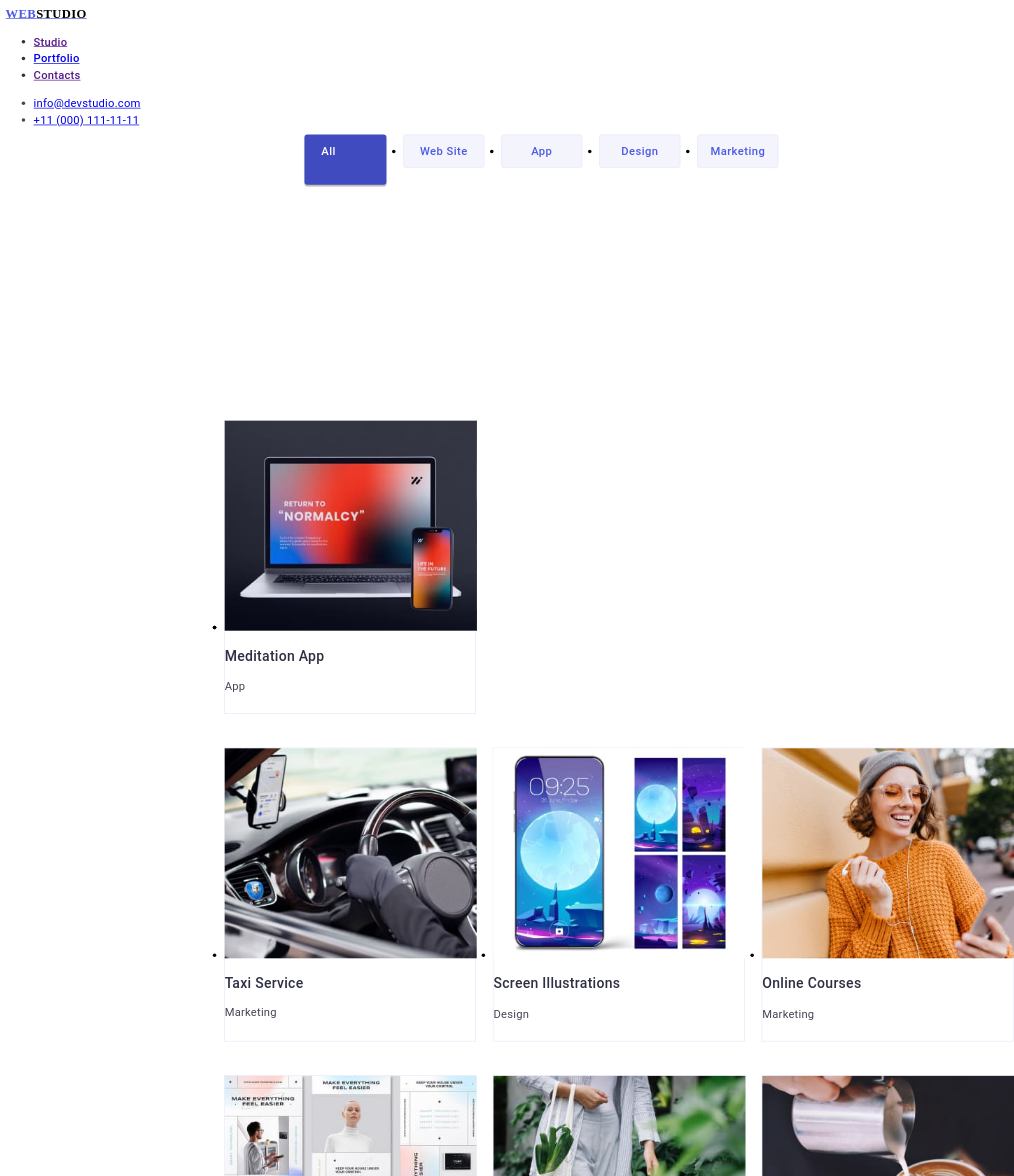
Repository: GrishchenkoNataliya/goit-markup-hw-02
Page: portfolio/portfolio.html
The author's editor kept a copy of each file at every save. The page is drawn from the files as they stood at one save, then again after the next save.
The browser window is 1280 px wide. The page is 1449 px wide, so the pictures cover 1449 px, including what lies to the right of the window. The pictures show the part of the page from y = 0 to 1680 px (the page is 4796 px tall), at 70% of full size.

Above is the page before, as saved 2023-03-07 17:23:48.

### portfolio/portfolio.html
<!DOCTYPE html>
<html lang="en">
  <head>
    <meta charset="UTF-8" />
    <meta http-equiv="X-UA-Compatible" content="IE=edge" />
    <meta name="viewport" content="width=device-width, initial-scale=1.0" />
    <link rel="stylesheet" href="../css/styles.css">
    <title>homework_2</title>
  </head>
  <body>
    <header class="header">
      <a class="header-logo" href="./index.html">Web<span class="studio">Studio
      </span></a>
      <nav class="header-nav">
        <ul class="header-list">
          <li class="header-item">
            <a
              class="header-link"
              href=""
              target="_blank"
              rel="noopener noreferrer nofollow"
              >Studio</a
            >
          </li>
          <li class="header-item-portfolio">
            <a
              class="header-link"
              href="./portfolio/portfolio.html"
              target="_blank"
              rel="noopener noreferrer nofollow"
              >Portfolio</a
            >
          </li>
          <li class="header-item">
            <a
              class="header-link"
              href=""
              target="_blank"
              rel="noopener noreferrer nofollow"
              >Contacts</a
            >
          </li>
        </ul>
      </nav>
      <address class="address">
        <ul class="address-list">
          <li class="address-mail">
            <a href="mailto:info@devstudio.com">info@devstudio.com</a>
          </li>
          <li class="address-tel">
            <a href="tel:+110001111111">+11 (000) 111-11-11</a>
          </li>
        </ul>
      </address>
    </header>
    <main class="main-portfolio">
      <section class="portfolio-section">
        <h2 hidden>Большой заголовок</h2>
        <ul class="portfolio-list">

          <li class="portfolio-item-all">
            <label class="portfolio-label-all">All</label>
            </li>

          <li class="portfolio-item">
            <button class="portfolio-btn"><label class="portfolio-label">Web Site</label></button>
          </li>

          <li class="portfolio-item">
           <button class="portfolio-btn"><label class="portfolio-label">App</label></button>
          </li>

          <li class="portfolio-item">
           <button class="portfolio-btn"><label class="portfolio-label">Design</label></button>
          </li>

          <li class="portfolio-item">
           <button class="portfolio-btn"> <label class="portfolio-label">Marketing</label></button>
          </li>

        </ul>

      </section>


      <section class="portfolio-section">
        <ul class="portfolio-section-list">
            <li class="project-card">
                <img src="../images/pages2/img1.jpg" alt="Banking App Interface Concept" position="absolute" ;
                width="360px";
                height="300px";
                left="0px";
                top="0px">
                    <h3 class="portfolio-title">Banking App Interface Concept</h3>
                    <p class="portfolio-text">App</p>
                </img>
            </li>
            <li class="project-card">
                <img src="../images/pages2/img2.jpg" alt="Cashless Payment" position="absolute";
                width="360px" ;
                height="300px";
                left="0px";
                top="0px">
                    <h3 class="portfolio-title">Cashless Payment</h3>
                    <p class="portfolio-text">Marketing</p>
                </img>
            </li>
            <li class="project-card">
                <img src="../images/pages2/img3.jpg" alt="Meditation App" position="absolute";
                width="360px" ;
                height="300px";
                left="0px";
                top="0px">
                    <h3 class="portfolio-title">Meditation App</h3>
                    <p class="portfolio-text">App</p>
                </img>
            </li>
            </ul>

            <ul class="portfolio-section-list">
            <li class="project-card-4">
                <img src="../images/pages2/img4.jpg"
                alt="Taxi Service"
                position="absolute";
                height="300px";
                left="0px";
                top="0px">
                    <h3 class="portfolio-title4">Taxi Service</h3>
                    <p class="portfolio-text4">Marketing</p>
                </img>
            </li>

            <li class="project-card-5">
                <img src="../images/pages2/img5.jpg" alt="Screen Illustrations"
                 position="absolute";
                height="300px";
                left="0px";
                top="0px">
                    <h3 class="portfolio-title5">Screen Illustrations</h3>
                    <p class="portfolio-text5">Design</p>
                </img>
            </li>
            <li class="project-card-6">
                <img src="../images/pages2/img6.jpg" alt="Online Courses"  position="absolute";
                height="300px";
                left="0px";
                top="0px">
                    <h3 class="portfolio-title6">Online Courses</h3>
                    <p class="portfolio-text6">Marketing</p>
                </img>
            </li>
            </ul>

            <ul class="portfolio-section-list">
            <li class="project-card-7">
                <img src="../images/pages2/img7.jpg" alt="Instagram Stories Concept"
                 position="absolute";
                height="300px";
                left="0px";
                top="0px">
                    <h3 class="portfolio-title7">Instagram Stories Concept</h3>
                    <p class="portfolio-text7">Design</p>
                </img>
            </li>
            <li class="project-card-8">
                <img src="../images/pages2/img8.jpg" alt="Organic Food"
                position="absolute";
                height="300px";
                left="0px";
                top="0px">
                    <h3 class="portfolio-title8">Organic Food</h3>
                    <p class="portfolio-text8">Web Site</p>
                </img>
            </li>
            <li class="project-card-9">
                <img src="../images/pages2/img9.jpg" alt="Fresh Coffee"
                position="absolute";
                height="300px";
                left="0px";
                top="0px">
                    <h3 class="portfolio-title9">Fresh Coffee</h3>
                    <p class="portfolio-text9">Web Site</p>
                </img>
            </li>
        </ul>

      </section>
    </main>
    <footer class="footer">
      <a class="header-logo" href="./index.html">Web<span class="studio">Studio
</span></a>

      <p class="footer-text">
        Increase the flow of customers and sales for your business with digital
        marketing & growth solutions.
      </p>
      <!-- Dark-bg -->
    </footer>
  </body>
</html>

### css/styles.css
body {
  font-family: "Roboto Regular", sans-serif;
  font-family: open-;
  position: relative;
  width: 1440px;
  height: 2592px;

  background: #ffffff;
}
/* @font-face {
  font-family: Roboto-500;
  src: url(../fonts/);
}
Підключення шрифта з папки fonts */

.header {
  position: absolute;
  width: 1440px;
  height: 72px;
  left: 0px;
  top: 0px;
}

.header-logo {
  font-family: "Raleway";
  font-style: normal;
  font-weight: 800;
  font-size: 18px;
  line-height: 1.33;

  display: flex;
  align-items: center;
  letter-spacing: 0.03em;
  text-transform: uppercase;

  color: #4d5ae5;
}
.header-nav {
}

.studio {
  color: black;
}
.header-list {
  font-family: "Roboto";
  font-style: normal;
  font-weight: 500;
  font-size: 16px;
  line-height: 1.5;
  letter-spacing: 0.02em;
  color: #2e2f42;
}

.address {
}
.address-list {
  font-family: "Roboto";
  font-style: normal;
  font-weight: 400;
  font-size: 16px;
  line-height: 1.5;
  letter-spacing: 0.02em;
  color: #434455;
}
.address-mail {
}
.address-tel {
}
.main {
}
/* section hero */
.hero {
  position: absolute;
  width: 1440px;
  height: 600px;
  left: 0px;
  top: 72px;
  background: #2e2f42;
}
.hero-title {
  font-family: "Roboto";
  font-style: normal;
  font-weight: 700;
  font-size: 56px;
  line-height: 1.07;
  text-align: center;
  letter-spacing: 0.02em;
  color: #ffffff;
}
.hero-btn {
  position: absolute;
  width: 169px;
  height: 56px;
  left: 636px;
  top: 428px;
  background: #4d5ae5;
  box-shadow: 0px 4px 4px rgba(0, 0, 0, 0.15);
  border-radius: 4px;
}
/* section 1 */
.feature1 {
}
.feature1-list {
  position: absolute;
  width: 1128px;
  height: 104px;
  left: 156px;
  top: 792px;
}
.feature1-item1 {
  display: flex;
  flex-direction: column;
  align-items: flex-start;
  padding: 0px;
  gap: 8px;

  position: absolute;
  width: 264px;
  height: 104px;
  left: 156px;
  top: 792px;
}
.feature1-item2 {
  display: flex;
  flex-direction: column;
  align-items: flex-start;
  padding: 0px;
  gap: 8px;

  position: absolute;
  width: 264px;
  height: 104px;
  left: 444px;
  top: 792px;
}
.feature1-item3 {
  display: flex;
  flex-direction: column;
  align-items: flex-start;
  padding: 0px;
  gap: 8px;

  position: absolute;
  width: 264px;
  height: 104px;
  left: 732px;
  top: 792px;
}
.feature1-item4 {
  display: flex;
  flex-direction: column;
  align-items: flex-start;
  padding: 0px;
  gap: 8px;

  position: absolute;
  width: 264px;
  height: 104px;
  left: 1020px;
  top: 792px;
}
.feature1-title {
  font-family: "Roboto";
  font-style: normal;
  font-weight: 500;
  font-size: 20px;
  line-height: 1.2;
  letter-spacing: 0.02em;
  color: #2e2f42;
}
.feature1-text {
  font-family: "Roboto";
  font-style: normal;
  font-weight: 400;
  font-size: 16px;
  line-height: 1.5;
  letter-spacing: 0.02em;
  color: #434455;
}
/* section 2 */
.feature2 {
  position: absolute;
  width: 1128px;
  height: 412px;
  left: 156px;
  top: 1016px;
}
.feature2-title {
  font-family: "Roboto";
  font-style: normal;
  font-weight: 700;
  font-size: 36px;
  line-height: 1.1;
  text-align: center;
  letter-spacing: 0.02em;
  text-transform: capitalize;
  color: #2e2f42;
}
.feature2-list {
}
.feature2-item-1 {
  display: flex;
  flex-direction: column;
  align-items: flex-start;
  padding: 0px;

  position: absolute;
  width: 360px;
  height: 300px;
  left: 156px;
  top: 1128px;
}
.feature2-item-2 {
  display: flex;
  flex-direction: column;
  align-items: flex-start;
  padding: 0px;

  position: absolute;
  width: 360px;
  height: 300px;
  left: 540px;
  top: 1128px;
}
.feature2-item-3 {
  display: flex;
  flex-direction: column;
  align-items: flex-start;
  padding: 0px;

  position: absolute;
  width: 360px;
  height: 300px;
  left: 924px;
  top: 1128px;
}
/* section 3 */
.feature3 {
  position: absolute;
  width: 1440px;
  height: 732px;
  left: 0px;
  top: 1548px;
}
.feature3-title-h2 {
  font-family: "Roboto";
  font-style: normal;
  font-weight: 700;
  font-size: 36px;
  line-height: 1.1;
  text-align: center;
  letter-spacing: 0.02em;
  text-transform: capitalize;
  color: #2e2f42;
}
.feature3-list {
}
.feature3-item1 {
  display: flex;
  flex-direction: column;
  justify-content: center;
  align-items: center;
  padding: 0px 0px 32px;
  gap: 32px;

  position: absolute;
  width: 264px;
  height: 380px;
  left: 156px;
  top: 1780px;
}
.feature3-item2 {
  display: flex;
  flex-direction: column;
  justify-content: center;
  align-items: center;
  padding: 0px 0px 32px;
  gap: 32px;

  position: absolute;
  width: 264px;
  height: 380px;
  left: 444px;
  top: 1780px;
}
.feature3-item3 {
  display: flex;
  flex-direction: column;
  justify-content: center;
  align-items: center;
  padding: 0px 0px 32px;
  gap: 32px;

  position: absolute;
  width: 264px;
  height: 380px;
  left: 732px;
  top: 1780px;
}
.feature3-item4 {
  display: flex;
  flex-direction: column;
  justify-content: center;
  align-items: center;
  padding: 0px 0px 32px;
  gap: 32px;

  position: absolute;
  width: 264px;
  height: 380px;
  left: 1020px;
  top: 1780px;
}
.feature3-title {
  font-family: "Roboto";
  font-style: normal;
  font-weight: 500;
  font-size: 20px;
  line-height: 1.2;
  text-align: center;
  letter-spacing: 0.02em;
  color: #2e2f42;
}
.feature3-subtitle {
  font-family: "Roboto";
  font-style: normal;
  font-weight: 400;
  font-size: 16px;
  line-height: 1.2;
  text-align: center;
  letter-spacing: 0.02em;
  color: #434455;
}
.footer {
  /* position: absolute;
  width: 1440px;
  height: 312px;
  left: 0px;
  top: 2280px; */

  /* display: flex;
flex-direction: row;
align-items: center;
padding: 0px;

position: absolute;
width: 115px;
height: 24px;
left: 156px;
top: 2380px; */

  position: absolute;
  width: 1440px;
  height: 312px;
  left: 0px;
  top: 2280px;
  background: #2e2f42;
}
.footer-text {
  position: absolute;
  width: 264px;
  height: 72px;
  left: 156px;
  top: 2420px;
  font-family: "Roboto";
  font-style: normal;
  font-weight: 400;
  font-size: 16px;
  line-height: 1.2;
  letter-spacing: 0.02em;
  color: #f4f4fd;
}
.main-portfolio {
}
/* -------------portfolio-section---------- */
.portfolio-section {
}
.portfolio-list {
  display: flex;
  flex-direction: row;
  align-items: flex-start;
  padding: 0px;
  gap: 24px;

  position: absolute;
  width: 586px;
  height: 48px;
  left: 427px;
  top: 168px;
}
.portfolio-item-all {
  display: flex;
  flex-direction: row;
  align-items: flex-start;
  padding: 12px 24px;

  width: 69px;
  height: 48px;
  background: #404bbf;
  box-shadow: 0px 3px 1px rgba(0, 0, 0, 0.1), 0px 2px 1px rgba(0, 0, 0, 0.08),
    0px 2px 2px rgba(0, 0, 0, 0.12);
  border-radius: 4px;
  flex: none;
  order: 0;
  flex-grow: 0;
}
.portfolio-btn {
}
.portfolio-label-all {
  font-family: "Roboto";
  font-style: normal;
  font-weight: 500;
  font-size: 16px;
  line-height: 24px;
  display: flex;
  align-items: center;
  text-align: center;
  letter-spacing: 0.04em;
  color: #ffffff;
}
.portfolio-item {
}
.portfolio-btn {
  display: flex;
  flex-direction: row;
  justify-content: center;
  align-items: center;
  padding: 12px 24px;
  width: 116px;
  height: 48px;
  background: #f4f4fd;
  border: 1px solid #e7e9fc;
  border-radius: 4px;
}
.portfolio-label {
  font-family: "Roboto";
  font-style: normal;
  font-weight: 500;
  font-size: 16px;
  line-height: 1.2;
  display: flex;
  align-items: center;
  text-align: center;
  letter-spacing: 0.04em;
  color: #4d5ae5;
  flex: none;
  order: 0;
  flex-grow: 0;
}

/* .portfolio-btn3 {
  width: 78px;
} */

/* .portfolio-btn4 {
  width: 101px;
} */

/* .portfolio-btn5 {
  width: 126px;
} */

/* -------portfolio-section2---- */
/* .portfolio-section {
  position: absolute;
  left: 8.33%;
  right: 8.33%;
  top: 0%;
  bottom: 0%;
} */
.portfolio-section-list {
  position: absolute;
  width: 1128px;
  height: 420px;
  left: 156px;
  top: 288px;
}

.project-card {
  box-sizing: border-box;
  position: absolute;
  width: 360px;
  height: 420px;
  left: 156px;
  top: 288px;
  background: #ffffff;
  border: 1px solid #e7e9fc;
}

.portfolio-title {
  font-family: "Roboto";
  font-style: normal;
  font-weight: 500;
  font-size: 20px;
  line-height: 1.2;
  letter-spacing: 0.02em;
  color: #2e2f42;
}
.portfolio-text {
  font-family: "Roboto";
  font-style: normal;
  font-weight: 400;
  font-size: 16px;
  line-height: 1.5;
  letter-spacing: 0.02em;
  color: #434455;
}
/* .project-card-2 {
  left: 540px;
}

.project-card-3 {
  left: 924px;
} */

/* .portfolio-section2-list2 {
 top: 756px;
} */
.project-card-4 {
  box-sizing: border-box;
  position: absolute;
  width: 360px;
  height: 420px;
  left: 156px;
  top: 756px;
  background: #ffffff;
  border: 1px solid #e7e9fc;
}
.portfolio-title4 {
  font-family: "Roboto";
  font-style: normal;
  font-weight: 500;
  font-size: 20px;
  line-height: 1.2;
  letter-spacing: 0.02em;
  color: #2e2f42;
}
.portfolio-text4 {
  font-family: "Roboto";
  font-style: normal;
  font-weight: 400;
  font-size: 16px;
  line-height: 1.2;
  letter-spacing: 0.02em;
  color: #434455;
  flex: none;
  order: 1;
  flex-grow: 0;
}
.project-card-5 {
  box-sizing: border-box;
  position: absolute;
  width: 360px;
  height: 420px;
  left: 540px;
  top: 756px;
  background: #ffffff;
  border: 1px solid #e7e9fc;
}
.portfolio-title5 {
  font-family: "Roboto";
  font-style: normal;
  font-weight: 500;
  font-size: 20px;
  line-height: 1.2;
  letter-spacing: 0.02em;
  color: #2e2f42;
  flex: none;
  order: 0;
  flex-grow: 0;
}
.portfolio-text5 {
  font-family: "Roboto";
  font-style: normal;
  font-weight: 400;
  font-size: 16px;
  line-height: 1.5;
  letter-spacing: 0.02em;
  color: #434455;
  flex: none;
  order: 1;
  flex-grow: 0;
}
.project-card-6 {
  box-sizing: border-box;
  position: absolute;
  width: 360px;
  height: 420px;
  left: 924px;
  top: 756px;
  background: #ffffff;
  border: 1px solid #e7e9fc;
}
.portfolio-title6 {
  width: 142px;
  height: 24px;
  font-family: "Roboto";
  font-style: normal;
  font-weight: 500;
  font-size: 20px;
  line-height: 24px;
  letter-spacing: 0.02em;
  color: #2e2f42;
  flex: none;
  order: 0;
  flex-grow: 0;
}
.portfolio-text6 {
  width: 75px;
  height: 24px;
  font-family: "Roboto";
  font-style: normal;
  font-weight: 400;
  font-size: 16px;
  line-height: 24px;
  letter-spacing: 0.02em;
  color: #434455;
  flex: none;
  order: 1;
  flex-grow: 0;
}
/* .portfolio-section2-list3 {
  top: 1224px;
} */
.project-card-7 {
  box-sizing: border-box;
  position: absolute;
  width: 360px;
  height: 420px;
  left: 156px;
  top: 1224px;
  background: #ffffff;
  border: 1px solid #e7e9fc;
}
.portfolio-title7 {
  font-family: "Roboto";
  font-style: normal;
  font-weight: 500;
  font-size: 20px;
  line-height: 24px;
  letter-spacing: 0.02em;
  color: #2e2f42;
  flex: none;
  order: 0;
  flex-grow: 0;
}
.portfolio-text7 {
  font-family: "Roboto";
  font-style: normal;
  font-weight: 400;
  font-size: 16px;
  line-height: 24px;
  letter-spacing: 0.02em;
  color: #434455;
  flex: none;
  order: 1;
  flex-grow: 0;
}
.project-card-8 {
  box-sizing: border-box;
  position: absolute;
  width: 360px;
  height: 420px;
  left: 540px;
  top: 1224px;
  background: #ffffff;
  border: 1px solid #e7e9fc;
}
.portfolio-title8 {
  width: 124px;
  height: 24px;
  font-family: "Roboto";
  font-style: normal;
  font-weight: 500;
  font-size: 20px;
  line-height: 24px;
  letter-spacing: 0.02em;
  color: #2e2f42;
  flex: none;
  order: 0;
  flex-grow: 0;
}
.portfolio-text8 {
  width: 65px;
  height: 24px;
  font-family: "Roboto";
  font-style: normal;
  font-weight: 400;
  font-size: 16px;
  line-height: 24px;
  letter-spacing: 0.02em;
  color: #434455;
  flex: none;
  order: 1;
  flex-grow: 0;
}
.project-card-9 {
  box-sizing: border-box;
  position: absolute;
  width: 360px;
  height: 420px;
  left: 924px;
  top: 1224px;
  background: #ffffff;
  border: 1px solid #e7e9fc;
}
.portfolio-title9 {
  width: 119px;
  height: 24px;
  font-family: "Roboto";
  font-style: normal;
  font-weight: 500;
  font-size: 20px;
  line-height: 24px;
  letter-spacing: 0.02em;
  color: #2e2f42;
  flex: none;
  order: 0;
  flex-grow: 0;
}
.portfolio-text9 {
  width: 65px;
  height: 24px;
  font-family: "Roboto";
  font-style: normal;
  font-weight: 400;
  font-size: 16px;
  line-height: 24px;
  letter-spacing: 0.02em;
  color: #434455;
  flex: none;
  order: 1;
  flex-grow: 0;
}

After the next save:
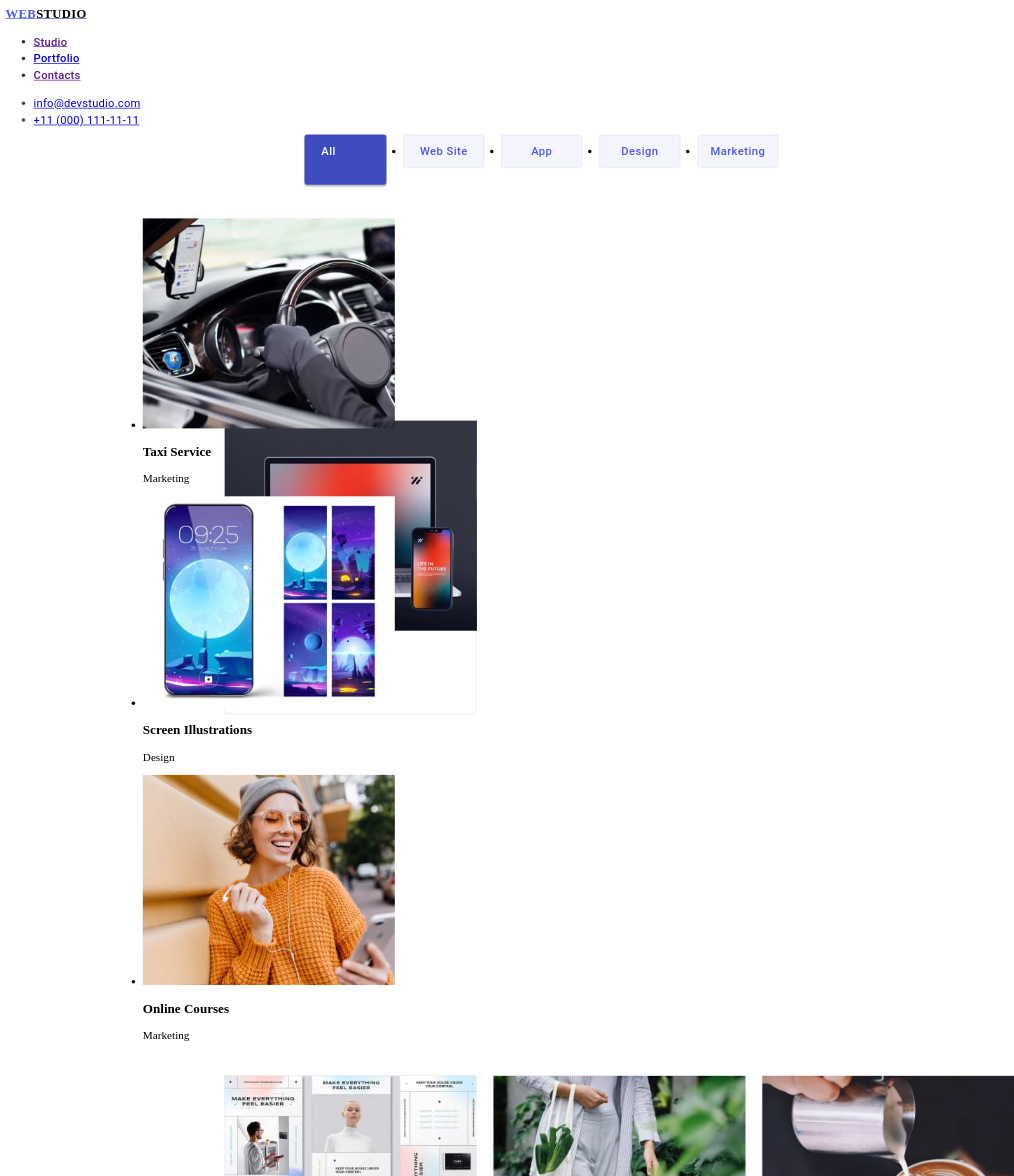
Saved 3 min 20 s later.
--- a/css/styles.css
+++ b/css/styles.css
@@ -516,7 +516,7 @@ top: 2380px; */
 /* .portfolio-section2-list2 {
  top: 756px;
 } */
-.project-card-4 {
+/* .project-card-4 {
   box-sizing: border-box;
   position: absolute;
   width: 360px;
@@ -618,7 +618,7 @@ top: 2380px; */
   flex: none;
   order: 1;
   flex-grow: 0;
-}
+} */
 /* .portfolio-section2-list3 {
   top: 1224px;
 } */
